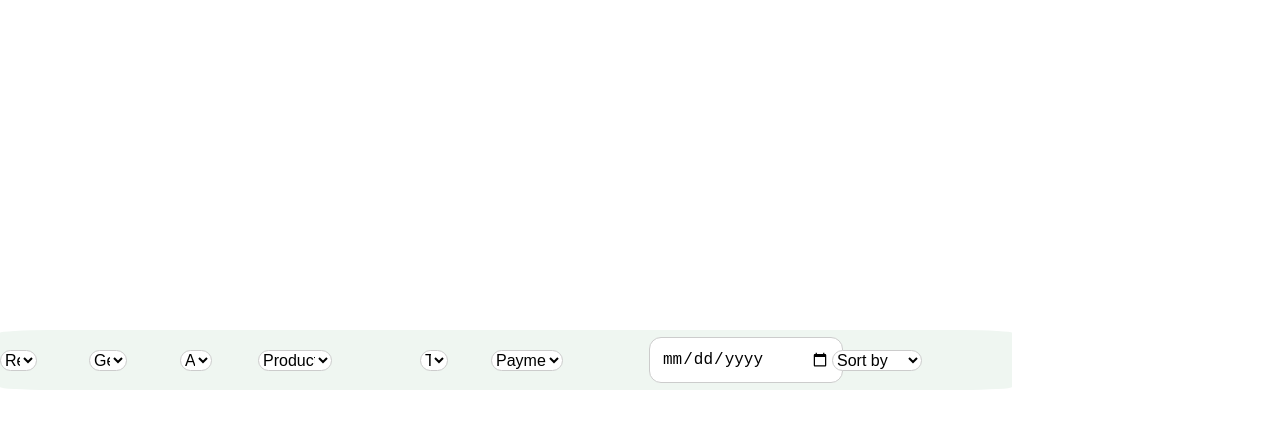
Repository: SandeepYadav18717/TruEstae
Page: / (app in TruEstae/)
These files come from the project's save history. The page is drawn as it stood at one moment and after the next save; the edit follows.
The browser window is 1280 px wide. The pictures show the whole page.
The project was rebuilt for these pictures with package versions that can differ from the ones it lists, and the page was loaded fresh each time. Also part of the build but not shown: TruEstae/vite.config.js, TruEstae/src/App.css, TruEstae/src/Styles/Logo.css, TruEstae/src/Pages/Logo.jsx, TruEstae/src/Styles/search_bar.css, TruEstae/src/components/search_bar.jsx.

Above is the page before, as saved 2025-12-07 01:18:58.

### TruEstae/index.html
<!doctype html>
<html lang="en">
  <head>
    <meta charset="UTF-8" />
    <link rel="icon" type="image/svg+xml" href="/vite.svg" />
    <meta name="viewport" content="width=device-width, initial-scale=1.0" />
    <title>javascript</title>
  </head>
  <body>
    <div id="root"></div>
    <script type="module" src="/src/main.jsx"></script>
  </body>
</html>

### TruEstae/src/App.jsx
import { useState } from 'react'
import reactLogo from './assets/react.svg'
import viteLogo from '/vite.svg'
import './App.css'

import Logo from './Pages/Logo.jsx'
import SearchBar from './components/search_bar.jsx'
import Home from './Pages/Home.jsx'

function App() {
  return (
    <>


     <Home />
    </>
  )
}

export default App

### TruEstae/src/Pages/Home.jsx
import Logo from "./Logo.jsx";
import SearchBar from "../components/search_bar.jsx";
import "../Styles/Home.css";
function Home() {
  return (
    <>
      <div className="Container_Ui">
        <div id="Customer_Region">
          <select>
            <option value="" hidden>
              Region
            </option>
            <option>Central</option>
            <option>North</option>
            <option>South</option>
            <option>East</option>
            <option>West</option>
          </select>
        </div>

        <div id="Gender">
          <select>
            <option value="" hidden>
              Gender
            </option>
            <option>Male</option>
            <option>Female</option>
          </select>
        </div>

        <div id="Age">
          <select>
            <option value="" hidden>
              Age
            </option>
            <option>18-25</option>
            <option>26-35</option>
            <option>36-50</option>
            <option>50+</option>
          </select>
        </div>

        <div id="Product_Category">
          <select>
            <option value="" hidden>
              Product Category
            </option>
            <option>Beauty</option>
            <option>Electronic</option>
            <option>Clothing</option>
          </select>
        </div>

        <div id="Tags">
        <select>
          <option value="" hidden>
            Tags
          </option>
        </select></div>

        <div id="Payment_Method">
          <select>
            <option value="" hidden>
              Payment Method
            </option>
            <option>Wallet</option>
            <option>Cash</option>
            <option>Card</option>
            <option>UPI</option>
            <option>Net Banking</option>
          </select>
        </div>

        <div id="Date">
          <input type="date" />
        </div>
        <div id="SortBy">
  <select defaultValue="">
    <option value="" hidden>Sort by</option>
    <option value="name-asc">Customer Name (A-Z)</option>
    <option value="name-desc">Customer Name (Z-A)</option>
    <option value="newest">Newest First</option>
    <option value="oldest">Oldest First</option>
  </select>
</div>

      </div>
    </>
  );
}
export default Home;

### TruEstae/src/Styles/Home.css
.Container_Ui {
  display: flex;
  gap:15px;
  flex-direction: row;
  align-items: center;
  justify-content: center;
  height: 100vh;
  background-color: #eff6f1;
  height:60px;
  width: 100%;
  border-radius: 5%;
}

/* All dropdowns */
select {
  width: 50%;

  border-radius: 12px;       /* curved corners */
  border: 1px solid #ccc;
  background: #fff;
  font-size: 16px;
  outline: none;
  cursor: pointer;
  transition: 0.2s;
}

/* Dropdown hover effect */
select:hover {
  border-color: #4a6cf7;
  box-shadow: 0 0 8px rgba(74, 108, 247, 0.2);
}

/* Date input curved */
input[type="date"] {
  width: 100%;
  padding: 12px;
  border-radius: 12px;       /* curved corners */
  border: 1px solid #ccc;
  background: #fff;
  font-size: 16px;
  outline: none;
  transition: 0.2s;
}

/* Hover effect for date input */
input[type="date"]:hover {
  border-color: #4a6cf7;
  box-shadow: 0 0 8px rgba(74, 108, 247, 0.2);
}

Loaded but not shown: TruEstae/src/main.jsx (common file); TruEstae/src/index.css (common file)

After the next save:
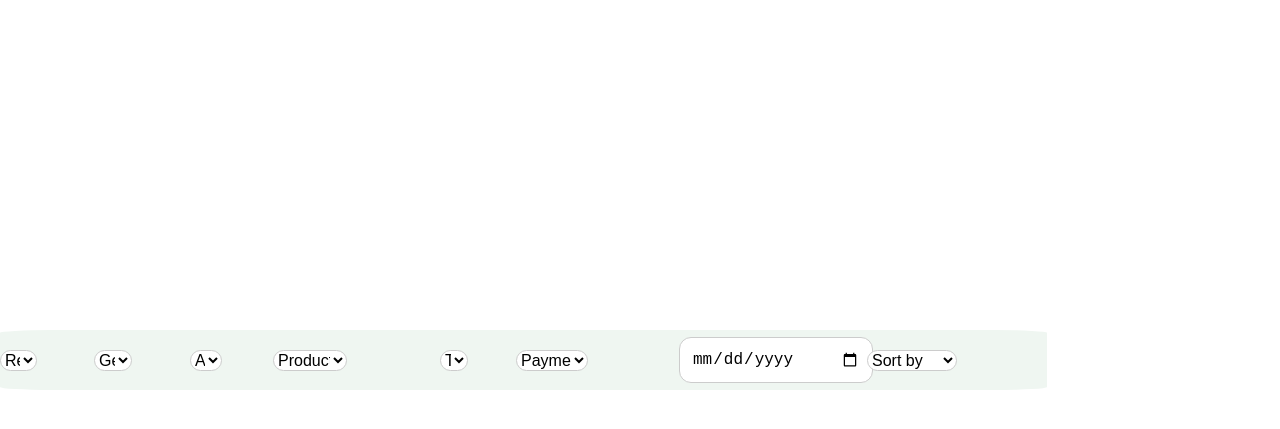
Saved 23 s later.
--- a/TruEstae/src/Styles/Home.css
+++ b/TruEstae/src/Styles/Home.css
@@ -1,6 +1,6 @@
 .Container_Ui {
   display: flex;
-  gap:15px;
+  gap:20px;
   flex-direction: row;
   align-items: center;
   justify-content: center;
